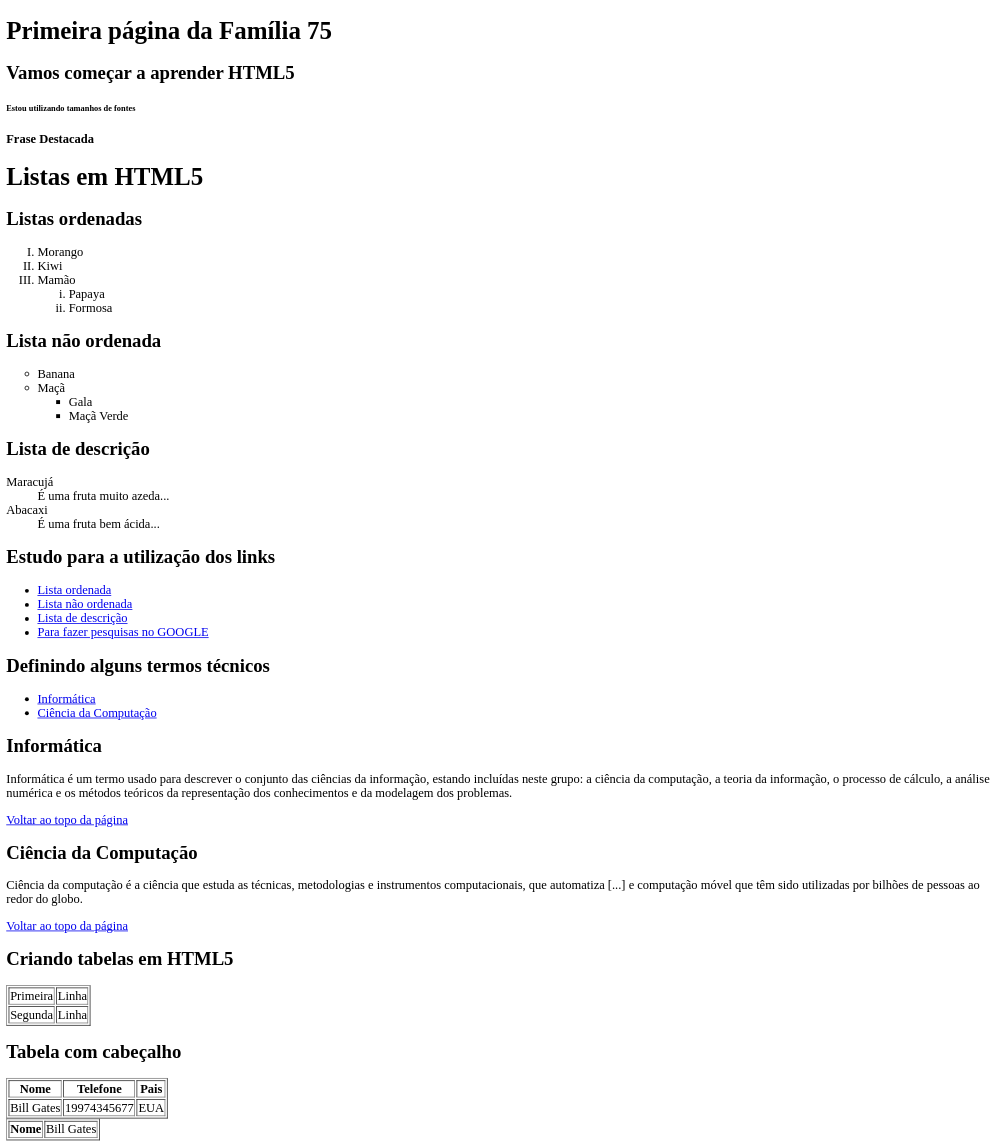
Repository: Thichi99/BootcampGen75
Page: Familia75/index.html
An editor plug-in stored every save of this project. The page is shown before and after a run of saves, followed by the edit.
The browser window is 1280 px wide. The pictures show the whole page, at 78% of full size.

Above is the page before, as saved 2024-07-26 11:43:52.

After the next 2 saves:
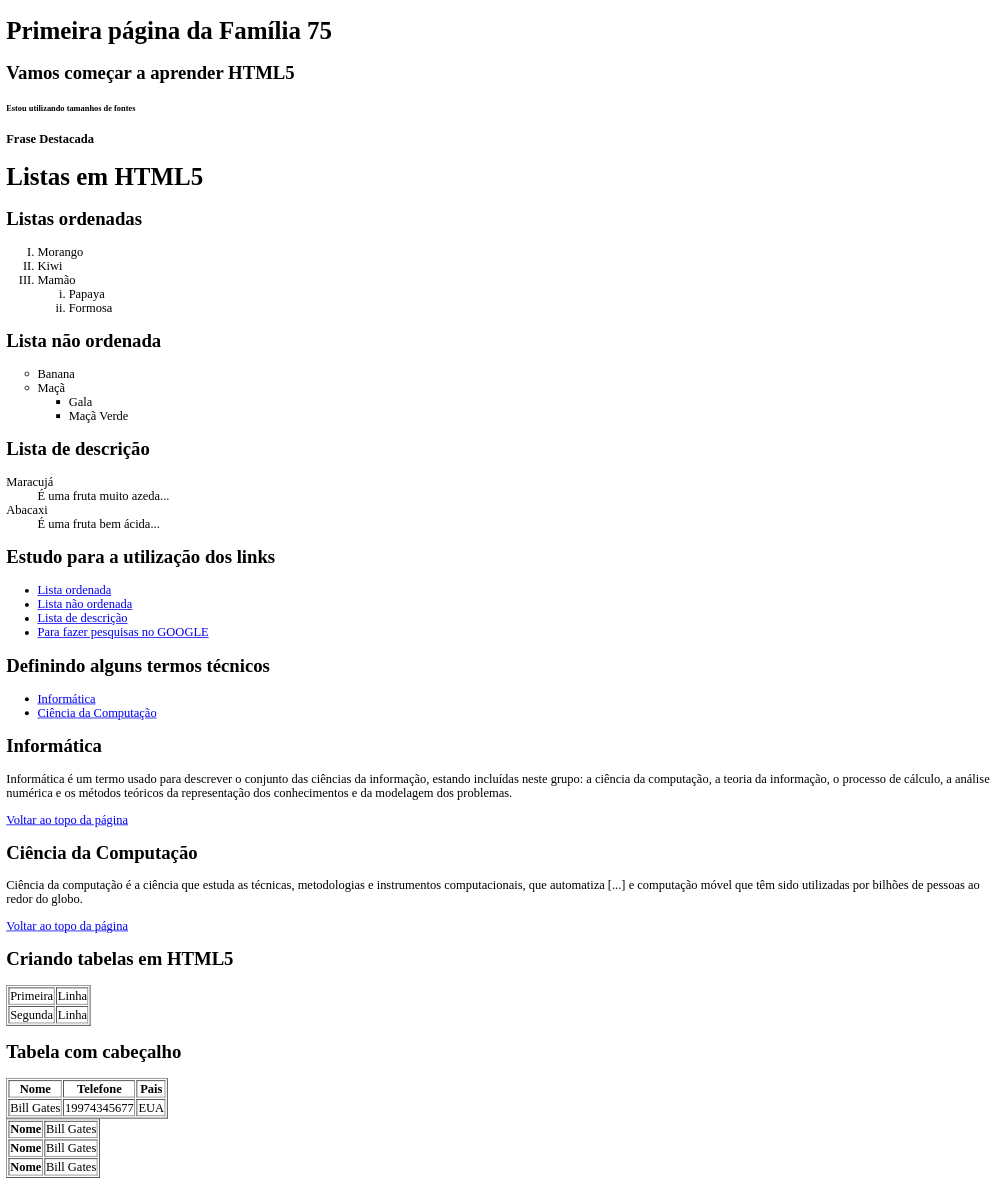
The 2 saves are shown as one change because they came seconds apart.
The last was saved 18 s later.
--- a/Familia75/index.html
+++ b/Familia75/index.html
@@ -108,7 +108,14 @@ pessoas ao redor do globo.
         <th>Nome</th>
         <td>Bill Gates</td>
     </tr>
-
+    <tr>
+        <th>Nome</th>
+        <td>Bill Gates</td>
+    </tr>
+    <tr>
+        <th>Nome</th>
+        <td>Bill Gates</td>
+    </tr>
    </table>
 </body>
 </html>
